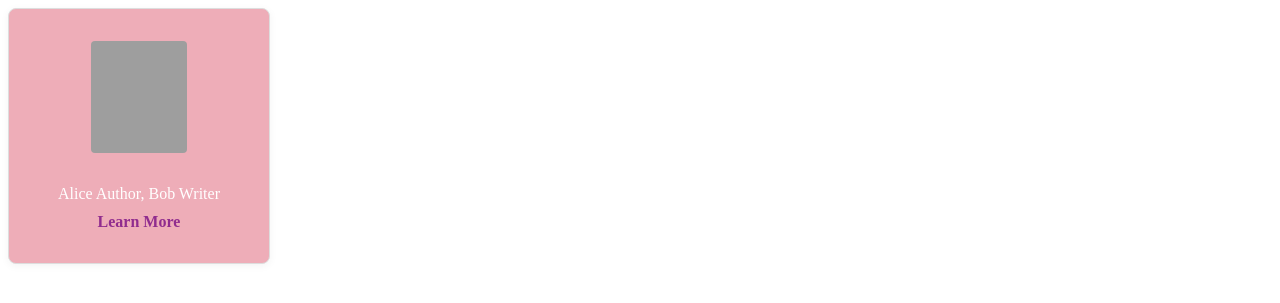
Repository: Micaelavalmores/BookCatalog
Page: /
An editor plug-in stored every save of this project. The page is shown before and after the next save, followed by the edit.
The browser window is 1280 px wide. The pictures show the whole page.
Pictures or frames that could not be fetched are drawn as grey boxes. The project was rebuilt for these pictures with package versions that can differ from the ones it lists, and the page was loaded fresh each time. Also part of the build but not shown: vite.config.js, src/index.css.

Above is the page before, as saved 2025-09-16 22:52:48.

### index.html
<!doctype html>
<html lang="en">
  <head>
    <meta charset="UTF-8" />
    <meta name="viewport" content="width=device-width, initial-scale=1.0" />
    <title>Book Catalog</title>
  </head>
  <body>
    <div id="root"></div>
    <script type="module" src="/src/main.jsx"></script>
  </body>
</html>

### src/main.jsx
import React from 'react';
import { createRoot } from 'react-dom/client';
import './index.css';
import Book from './assets/book.jsx';

const root = createRoot(document.getElementById("root"));

root.render(
  <React.StrictMode>
    <Book
      image="https://img.freepik.com/free-vector/stack-colorful-books_1308-171744.jpg?semt=ais_incoming&w=740&q=80"
      authors="Alice Author, Bob Writer"
      link="https://example.com/book-info"
    />
  </React.StrictMode>
);

### src/assets/book.jsx

import React from "react";
import "./book.css";

const book = ({ image, title, authors, link }) => (
  <div className="book-container">
    <img className="book-image" src={image} alt={title} />
    <div className="book-info">
      <h2 className="book-title">{title}</h2>
      <p className="book-authors">{authors}</p>
      <a className="book-link" href={link} target="_blank" rel="noopener noreferrer">
        Learn More
      </a>
    </div>
  </div>
);

export default book;

### src/assets/book.css
.book-container {
    max-width: 15em;
    border: 1px solid #ddd;
    border-radius: 8px;
    padding: 2em 10px;
    display: flex;
    flex-direction: column;
    align-items: center;
    background: #fff;
    box-shadow: 0 2px 8px rgba(0,0,0,0.05);
    background: rgb(238, 173, 184);
  }

  .book-image {
    width: 6em;
    height: 7em;
    object-fit: cover;
    margin-bottom: 12px;
    border-radius: 4px;
  }

  .book-info {
    width: 100%;
    text-align: center;
  }


  .book-authors {
    color: #ffffff;
    margin-bottom: 10px;
  }

  .book-link {
    display: inline-block;
    color: #902c8e;
    text-decoration: none;
    font-weight: bold;
    transition: color 0.2s;
  }

  .book-link:hover {
    color: #0056b3;
  }

After the next save:
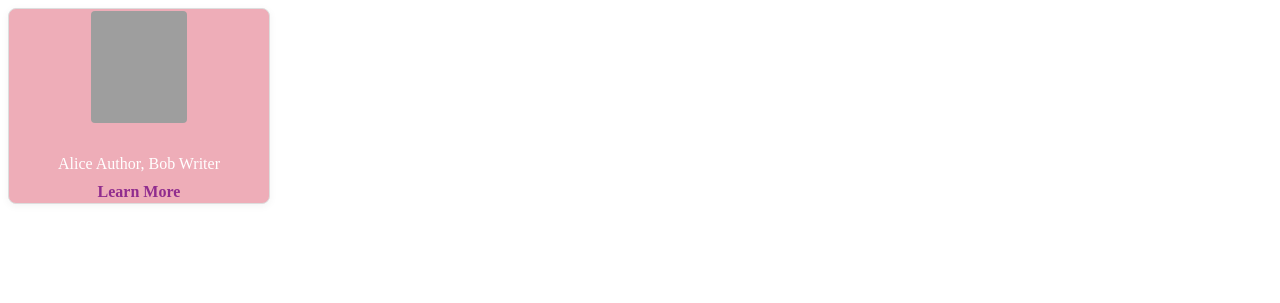
Saved 7 s later.
--- a/src/assets/book.css
+++ b/src/assets/book.css
@@ -2,7 +2,7 @@
     max-width: 15em;
     border: 1px solid #ddd;
     border-radius: 8px;
-    padding: 2em 10px;
+    padding: 2px 10px;
     display: flex;
     flex-direction: column;
     align-items: center;
